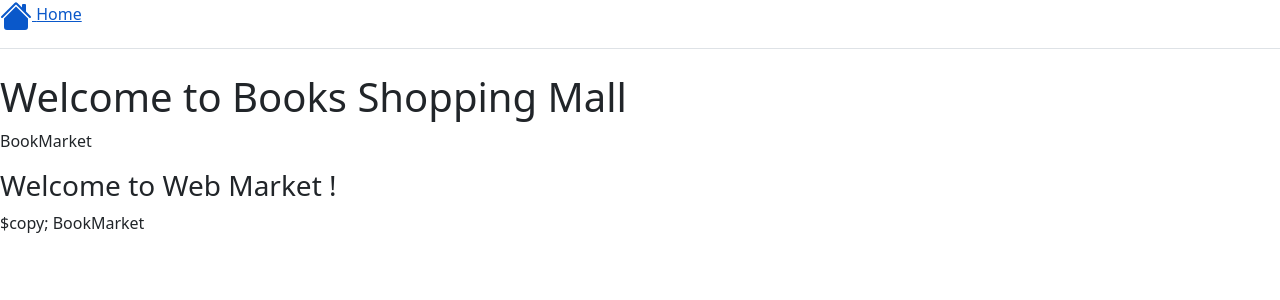
Repository: man332414/myJspStudy
Page: http://localhost/bookmarket/
These files come from the project's save history. The page is drawn as it stood at one moment and after the next save; the edit follows.
The browser window is 1280 px wide. The pictures show the whole page.
The page is served by Tomcat 10.

Above is the page before, as saved 2024-10-08 02:32:48.

After the next save:
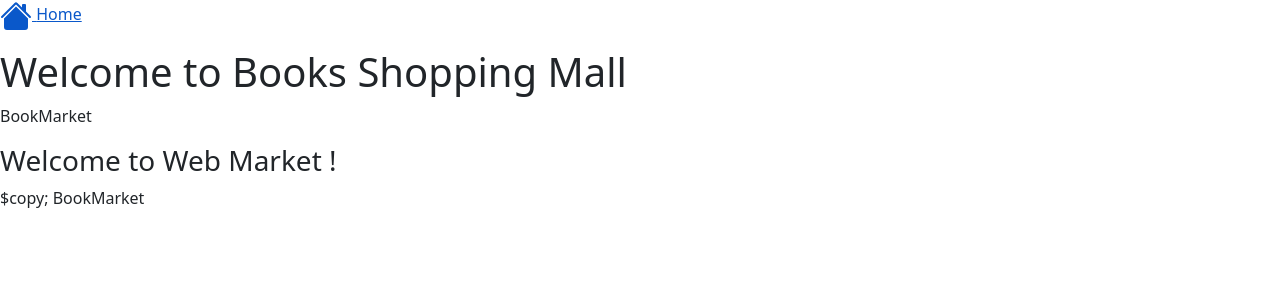
Saved 28 s later.
--- a/bookmarket/src/main/webapp/welcome.jsp
+++ b/bookmarket/src/main/webapp/welcome.jsp
@@ -9,7 +9,7 @@
 </head>
 <body>
 	<div>
-		<header class = "pb-3 mb-4 border-bottom">
+		<header class = "pb-3 ">
 			<a href = "./welcome.jsp">
 			<svg  width="32" height="32" fill="currentColor" class="bi bi-house-fill" viewBox="0 0 16 16">
 	              <path d="M8.707 1.5a1 1 0 0 0-1.414 0L.646 8.146a.5.5 0 0 0 .708.708L8 2.207l6.646 6.647a.5.5 0 0 0 .708-.708L13 5.793V2.5a.5.5 0 0 0-.5-.5h-1a.5.5 0 0 0-.5.5v1.293L8.707 1.5Z"/>

After the save that followed:
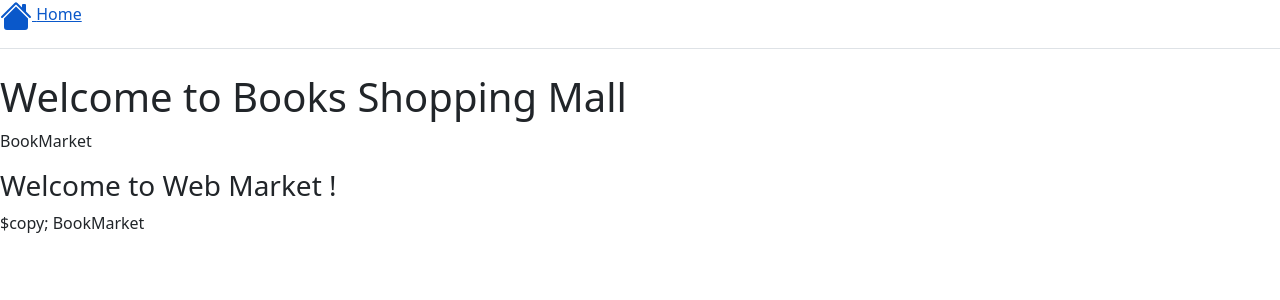
Saved 18 s later.
--- a/bookmarket/src/main/webapp/welcome.jsp
+++ b/bookmarket/src/main/webapp/welcome.jsp
@@ -9,7 +9,7 @@
 </head>
 <body>
 	<div>
-		<header class = "pb-3 ">
+		<header class = "pb-3 mb-4 border-bottom">
 			<a href = "./welcome.jsp">
 			<svg  width="32" height="32" fill="currentColor" class="bi bi-house-fill" viewBox="0 0 16 16">
 	              <path d="M8.707 1.5a1 1 0 0 0-1.414 0L.646 8.146a.5.5 0 0 0 .708.708L8 2.207l6.646 6.647a.5.5 0 0 0 .708-.708L13 5.793V2.5a.5.5 0 0 0-.5-.5h-1a.5.5 0 0 0-.5.5v1.293L8.707 1.5Z"/>
